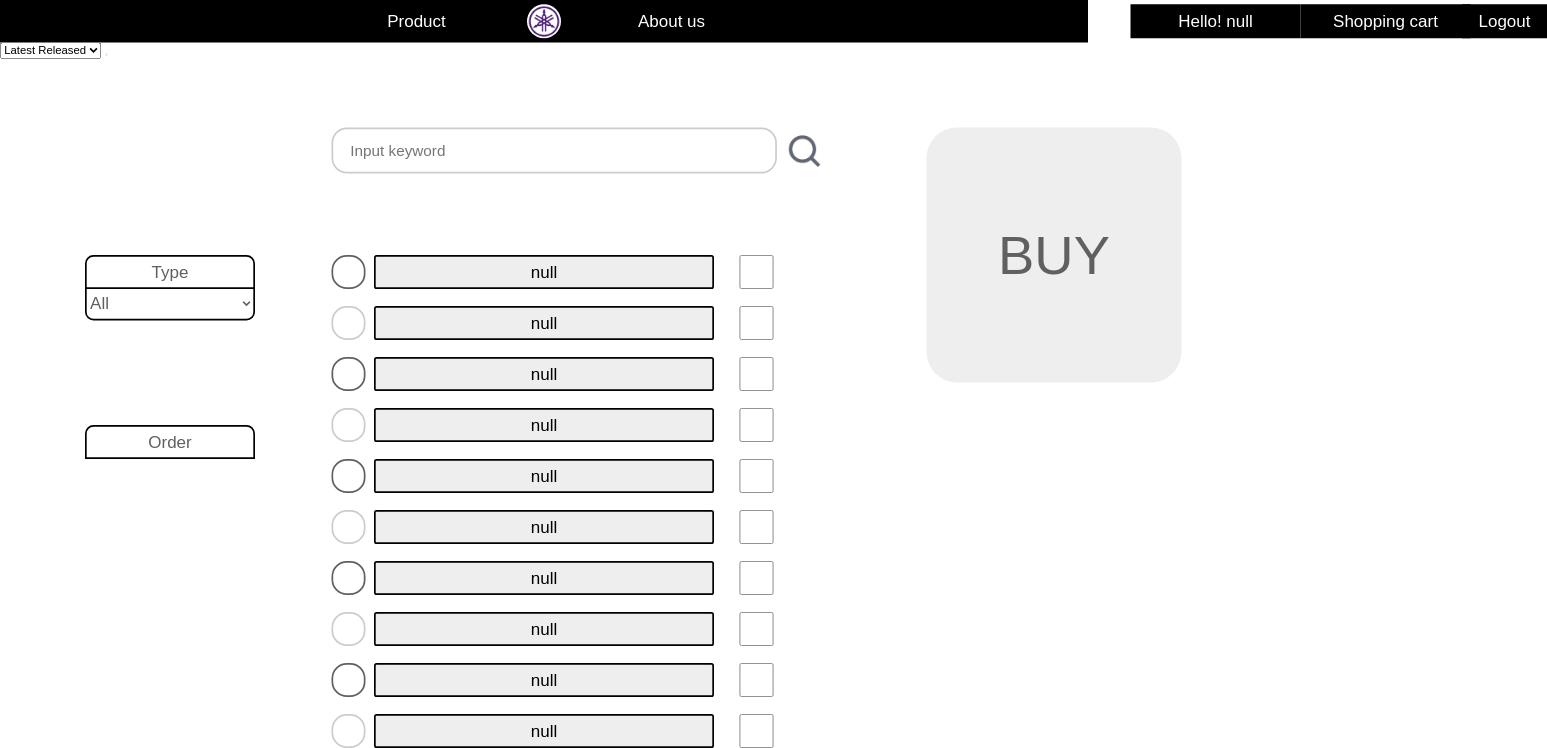
Repository: AXNTROYUANXD/E-Commerce-Website
Page: http://localhost/jspServlet/logedinproduct.jsp
An editor plug-in stored every save of this project. The page is shown before and after the next save, followed by the edit.
The browser window is 1280 px wide. The page is 1820 px wide, so the pictures cover 1820 px, including what lies to the right of the window. The pictures show the whole page, at 85% of full size.
The page is served by Tomcat 9. Other server files are loaded and not shown.

Above is the page before, as saved 2020-07-04 03:14:10.

### D&B2 BACKEND Oct 21 FINAL/BACKEND/jspServlet/WebRoot/logedinproduct.jsp
<!DOCTYPE html>
<html>
	<head>
		<meta charset="utf-8" />
		<title></title>
		<style type="text/css">
			*{
				padding: 0;
				margin: 0;
			}
			#head{
				height: 50px;
				background-color: black;
			}

			.button0{
				background: black;
				color: white;
				position: absolute;
				height: 40px;
				width: 100px;
				border: black;
				left: 50%;
				margin-left: -200px;
				top: 5px;
				font-size:20px
            }
			.button1{
				background: black;
				color: white;
				position: absolute;
				height: 40px;
				width: 100px;
				border: black;
				left: 50%;
				margin-left: 100px;
				top: 5px;
				font-size:20px
            }
			.button3{
				background: black;
				color: white;
				position: absolute;
				height: 40px;
				width: 100px;
				border: black;
				left: 1720px;
				top: 5px;
				font-size:20px
            }
			.button5{
				background: black;
				color: white;
				position: absolute;
				height: 40px;
				width: 200px;
				border: black;
				left: 1530px;
				top: 5px;
				font-size:20px
            }
			.button010{
				background: black;
				color: white;
				position: absolute;
				height: 40px;
				width: 200px;
				border: black;
				left: 1330px;
				top: 5px;
				font-size:20px
            }
			.logo{
				position: absolute;
				height: 40px;
				width: 40px;
				border: black;
				left: 50%;
				margin-left: -20px;
				top: 5px;
				background: #FFFFFF;
				background-image: url("logo.png");
        		background-size:40px 40px;
				border-radius: 20px;
            }

    .parent11 {
    position: relative;
}
    .search11 {
    width: 500px;
    height: 50px;
	top: 150px;
	left: 50%;
	margin-left: -250px;
    border-radius: 18px;
    outline: none;
    border: 2px solid #CCC;
    padding-left: 20px;
	position: absolute;
	font-size: 18px;
}
    .btn11 {
    height: 50px;
    width: 50px;
    top: 151px;
	left: 50%;
	margin-left: 280px;
	border-radius: 18px;
    border: none;
    outline: none;
    cursor: pointer;
	position: absolute;
	background-image: url("search.png");
	background-size:48px 48px;
	border-radius: 20px;
	}
			.button20{
				background: white;
				color: #606060;
				position: absolute;
				height: 40px;
				width: 200px;
				border: black;
				left: 100px;
				top: 500px;
				font-size:20px;
				border: 2px solid #000000;
				border-top-left-radius: 10px;
				border-top-right-radius: 10px;
			}
			.order{
				background: white;
				color: #606060;
				position: absolute;
				height: 40px;
				width: 200px;
				border: black;
				left: 100px;
				top: 537px;
				font-size:20px;
				border: 2px solid #000000;
				border-bottom-left-radius: 10px;
				border-bottom-right-radius: 10px;
            }
			.button23{
				background: white;
				color: #606060;
				position: absolute;
				height: 40px;
				width: 200px;
				border: black;
				left: 100px;
				top: 300px;
				font-size:20px;
				border: 2px solid #000000;
				border-top-left-radius: 10px;
				border-top-right-radius: 10px;
			}
			.type{
				background: white;
				color: #606060;
				position: absolute;
				height: 40px;
				width: 200px;
				border: black;
				left: 100px;
				top: 337px;
				font-size:20px;
				border: 2px solid #000000;
				border-bottom-left-radius: 10px;
				border-bottom-right-radius: 10px;
			}

			.buy{
				background: #EEEEEE;
				color:#606060;
				position: absolute;
				height: 300px;
				width: 300px;
				border: black;
				left: 50%;
				margin-left: 450px;
				top: 150px;
				font-size:64px;
				border-radius: 36px;
            }

			.label1{
				background: black;
				position: absolute;
				height: 40px;
				width: 200px;
				border: black;
				left: 50%;
				margin-left: 150px;
				top: 300px;
				font-size:20px;
				border: 2px solid #000000;
				border-radius: 3px;
			}
			.label2{
				background: black;
				position: absolute;
				height: 40px;
				width: 200px;
				border: black;
				left: 50%;
				margin-left: 150px;
				top: 360px;
				font-size:20px;
				border: 2px solid #000000;
				border-radius: 3px;
			}
			.label3{
				background: black;
				position: absolute;
				height: 40px;
				width: 200px;
				border: black;
				left: 50%;
				margin-left: 150px;
				top: 420px;
				font-size:20px;
				border: 2px solid #000000;
				border-radius: 3px;
			}
			.label4{
				background: black;
				position: absolute;
				height: 40px;
				width: 200px;
				border: black;
				left: 50%;
				margin-left: 150px;
				top: 480px;
				font-size:20px;
				border: 2px solid #000000;
				border-radius: 3px;
			}
			.label5{
				background: black;
				position: absolute;
				height: 40px;
				width: 200px;
				border: black;
				left: 50%;
				margin-left: 150px;
				top: 540px;
				font-size:20px;
				border: 2px solid #000000;
				border-radius: 3px;
			}
			.label6{
				background: black;
				position: absolute;
				height: 40px;
				width: 200px;
				border: black;
				left: 50%;
				margin-left: 150px;
				top: 600px;
				font-size:20px;
				border: 2px solid #000000;
				border-radius: 3px;
			}
			.label7{
				background: black;
				position: absolute;
				height: 40px;
				width: 200px;
				border: black;
				left: 50%;
				margin-left: 150px;
				top: 660px;
				font-size:20px;
				border: 2px solid #000000;
				border-radius: 3px;
			}
			.label8{
				background: black;
				position: absolute;
				height: 40px;
				width: 200px;
				border: black;
				left: 50%;
				margin-left: 150px;
				top: 720px;
				font-size:20px;
				border: 2px solid #000000;
				border-radius: 3px;
			}
			.label9{
				background: black;
				position: absolute;
				height: 40px;
				width: 200px;
				border: black;
				left: 50%;
				margin-left: 150px;
				top: 780px;
				font-size:20px;
				border: 2px solid #000000;
				border-radius: 3px;
			}
			.label10{
				background: #EEEEEE;
				position: absolute;
				height: 40px;
				width: 200px;
				border: black;
				left: 50%;
				margin-left: 150px;
				top: 840px;
				font-size:20px;
				border: 2px solid #000000;
				border-radius: 3px;
			}
			.product_name1{
				background: #EEEEEE;
				position: absolute;
				height: 40px;
				width: 400px;
				border: black;
				left: 50%;
				margin-left: -200px;
				top: 300px;
				font-size:20px;
				border: 2px solid #000000;
				border-radius: 3px;
			}
			.product_name2{
				background: #EEEEEE;
				position: absolute;
				height: 40px;
				width: 400px;
				border: black;
				left: 50%;
				margin-left: -200px;
				top: 360px;
				font-size:20px;
				border: 2px solid #000000;
				border-radius: 3px;
			}
			.product_name3{
				background: #EEEEEE;
				position: absolute;
				height: 40px;
				width: 400px;
				border: black;
				left: 50%;
				margin-left: -200px;
				top: 420px;
				font-size:20px;
				border: 2px solid #000000;
				border-radius: 3px;
			}
			.product_name4{
				background: #EEEEEE;
				position: absolute;
				height: 40px;
				width: 400px;
				border: black;
				left: 50%;
				margin-left: -200px;
				top: 480px;
				font-size:20px;
				border: 2px solid #000000;
				border-radius: 3px;
			}
			.product_name5{
				background: #EEEEEE;
				position: absolute;
				height: 40px;
				width: 400px;
				border: black;
				left: 50%;
				margin-left: -200px;
				top: 540px;
				font-size:20px;
				border: 2px solid #000000;
				border-radius: 3px;
			}
			.product_name6{
				background: #EEEEEE;
				position: absolute;
				height: 40px;
				width: 400px;
				border: black;
				left: 50%;
				margin-left: -200px;
				top: 600px;
				font-size:20px;
				border: 2px solid #000000;
				border-radius: 3px;
			}
			.product_name7{
				background: #EEEEEE;
				position: absolute;
				height: 40px;
				width: 400px;
				border: black;
				left: 50%;
				margin-left: -200px;
				top: 660px;
				font-size:20px;
				border: 2px solid #000000;
				border-radius: 3px;
			}
			.product_name8{
				background: #EEEEEE;
				position: absolute;
				height: 40px;
				width: 400px;
				border: black;
				left: 50%;
				margin-left: -200px;
				top: 720px;
				font-size:20px;
				border: 2px solid #000000;
				border-radius: 3px;
			}
			.product_name9{
				background: #EEEEEE;
				position: absolute;
				height: 40px;
				width: 400px;
				border: black;
				left: 50%;
				margin-left: -200px;
				top: 780px;
				font-size:20px;
				border: 2px solid #000000;
				border-radius: 3px;
			}
			.product_name10{
				background: #EEEEEE;
				position: absolute;
				height: 40px;
				width: 400px;
				border: black;
				left: 50%;
				margin-left: -200px;
				top: 840px;
				font-size:20px;
				border: 2px solid #000000;
				border-radius: 3px;
			}
			.detail1{
				background: #FFFFFF;
				position: absolute;
				height: 40px;
				width: 40px;
				border: black;
				left: 50%;
				margin-left: -250px;
				top: 300px;
				font-size:20px;
				border: 2px solid #606060;
				border-radius: 18px;
			}
			.detail2{
				background:#FFFFFF;
				position: absolute;
				height: 40px;
				width: 40px;
				border: black;
				left: 50%;
				margin-left: -250px;
				top: 360px;
				font-size:20px;
				border: 2px solid #CCCCCC;
				border-radius: 18px;
			}
			.detail3{
				background: #FFFFFF;
				position: absolute;
				height: 40px;
				width: 40px;
				border: black;
				left: 50%;
				margin-left: -250px;
				top: 420px;
				font-size:20px;
				border: 2px solid #606060;
				border-radius: 18px;
			}
			.detail4{
				background:#FFFFFF;
				position: absolute;
				height: 40px;
				width: 40px;
				border: black;
				left: 50%;
				margin-left: -250px;
				top: 480px;
				font-size:20px;
				border: 2px solid #CCCCCC;
				border-radius: 18px;
			}
			.detail5{
				background: #FFFFFF;
				position: absolute;
				height: 40px;
				width: 40px;
				border: black;
				left: 50%;
				margin-left: -250px;
				top: 540px;
				font-size:20px;
				border: 2px solid #606060;
				border-radius: 18px;
			}
			.detail6{
				background:#FFFFFF;
				position: absolute;
				height: 40px;
				width: 40px;
				border: black;
				left: 50%;
				margin-left: -250px;
				top: 600px;
				font-size:20px;
				border: 2px solid #CCCCCC;
				border-radius: 18px;
			}
			.detail7{
				background: #FFFFFF;
				position: absolute;
				height: 40px;
				width: 40px;
				border: black;
				left: 50%;
				margin-left: -250px;
				top: 660px;
				font-size:20px;
				border: 2px solid #606060;
				border-radius: 18px;
			}
			.detail8{
				background:#FFFFFF;
				position: absolute;
				height: 40px;
				width: 40px;
				border: black;
				left: 50%;
				margin-left: -250px;
				top: 720px;
				font-size:20px;
				border: 2px solid #CCCCCC;
				border-radius: 18px;
			}
			.detail9{
				background: #FFFFFF;
				position: absolute;
				height: 40px;
				width: 40px;
				border: black;
				left: 50%;
				margin-left: -250px;
				top: 780px;
				font-size:20px;
				border: 2px solid #606060;
				border-radius: 18px;
			}
			.detail10{
				background:#FFFFFF;
				position: absolute;
				height: 40px;
				width: 40px;
				border: black;
				left: 50%;
				margin-left: -250px;
				top: 840px;
				font-size:20px;
				border: 2px solid #CCCCCC;
				border-radius: 18px;
			}

		</style>
	</head>
<body>




<header id="head">

	<a href="product.jsp">
    <button class="button0">Product</button>
	</a>
	<a href="aboutus.jsp">
	<button class="button1">About us</button>
	</a>
    <a href="homepage.jsp">
	<button class="button3">Logout</button>
	</a>
	<a href="shoppingcart.jsp">
	<button class="button5">Shopping cart</button>
	</a>
	<a href="homepage.jsp">
	<button class="logo"></button>
	</a>

    <% String username = (String)session.getAttribute("username"); %>
	<button class="button010">Hello! <%= username %></button>
		</header>

	    <form method="post" action="./logedinproduct">
    <input type="text" class="search11" name="keyword" value="" placeholder="Input keyword">


	<select name="sortMode" class="Latest" value="Default Mode">
	<option><button name="sortMode" type="submit" value="Latest Released">Latest Released</button></option>
	<option><button name="sortMode" type="submit" value="Default Mode">Default Mode</button></option>
	</select>

	<select name="fliter" class="type" value="All">
	<option><button name="fliter" type="submit" value="All">All</button></option>
	<option><button name="fliter" type="submit" value="Classic">Classic</button></option>
	<option><button name="fliter" type="submit" value="Electronic">Electronic</button></option>
	</select>

	<button class="button011" name="username" value=<%= username %>></button>
	<input type="submit" class="btn11" value="">
	</form>
	<button class="button20">Order</button>
    <button class="button23">Type</button>


<form method="post">
  <p><input class="label1" type="checkbox" name="product" value="1" /></p>
  <p><input class="label2" type="checkbox" name="product" value="2" /></p>
  <p><input class="label3" type="checkbox" name="product" value="3" /></p>
  <p><input class="label4" type="checkbox" name="product" value="4" /></p>
  <p><input class="label5" type="checkbox" name="product" value="5" /></p>
  <p><input class="label6" type="checkbox" name="product" value="6" /></p>
  <p><input class="label7" type="checkbox" name="product" value="7" /></p>
  <p><input class="label8" type="checkbox" name="product" value="8" /></p>
  <p><input class="label9" type="checkbox" name="product" value="9" /></p>
  <p><input class="label10" type="checkbox" name="product" value="10" /></p>

  <input class="buy" type="submit" value="BUY" />
</form>

<form>
	<% String cname1 = (String)session.getAttribute("cname1"); %>
	<button class="product_name1"><%= cname1 %></button>

	<% String cname2 = (String)session.getAttribute("cname2"); %>
	<button class="product_name2"><%= cname2 %></button>

	<% String cname3 = (String)session.getAttribute("cname3"); %>
	<button class="product_name3"><%= cname3 %></button>

	<% String cname4 = (String)session.getAttribute("cname4"); %>
	<button class="product_name4"><%= cname4 %></button>

	<% String cname5 = (String)session.getAttribute("cname5"); %>
	<button class="product_name5"><%= cname5 %></button>

	<% String cname6 = (String)session.getAttribute("cname6"); %>
	<button class="product_name6"><%= cname6 %></button>

	<% String cname7 = (String)session.getAttribute("cname7"); %>
	<button class="product_name7"><%= cname7 %></button>

	<% String cname8 = (String)session.getAttribute("cname8"); %>
	<button class="product_name8"><%= cname8 %></button>
	<% String cname9 = (String)session.getAttribute("cname9"); %>
	<button class="product_name9"><%= cname9 %></button>

	<% String cname10 = (String)session.getAttribute("cname10"); %>
	<button class="product_name10"><%= cname10 %></button>

</form>

	<a href="loginproductdetail.jsp">
	<form method="post" action="./logedinproduct">
    <button name="detail" class="detail1" type = "sumbit" value="1" formtarget="_blank"></button>
	</form>
    </a>
	<form method="post" action="./logedinproduct">
	<a href="loginproductdetail.jsp">
    <button name="detail" class="detail2" type = "sumbit" value="2" ></button>
	</a>
	</form>
	<form method="post" action="./logedinproduct">
	<a href="loginproductdetail.jsp">
    <button name="detail" class="detail3" type = "sumbit" value="3" ></button>
	</a>
	</form>
	<form method="post" action="./logedinproduct">
	<a href="loginproductdetail.jsp">
    <button name="detail" class="detail4" type = "sumbit" value="4" ></button>
	</a>
	</form>
	<form method="post" action="./logedinproduct">
	<a href="loginproductdetail.jsp">
    <button name="detail" class="detail5" type = "sumbit" value="5" ></button>
	</a>
	</form>
	<form method="post" action="./logedinproduct">
	<a href="loginproductdetail.jsp">
    <button name="detail" class="detail6" type = "sumbit" value="6" ></button>
	</a>
	</form>
	<form method="post" action="./logedinproduct">
	<a href="loginproductdetail.jsp">
    <button name="detail" class="detail7" type = "sumbit" value="7" ></button>
	</a>
	</form>
	<form method="post" action="./logedinproduct">
	<a href="loginproductdetail.jsp">
    <button name="detail" class="detail8" type = "sumbit" value="8" ></button>
	</a>
	</form>
	<form method="post" action="./logedinproduct">
	<a href="loginproductdetail.jsp">
    <button name="detail" class="detail9" type = "sumbit" value="9" ></button>
	</a>
	</form>
	<form method="post" action="./logedinproduct">
	<a href="loginproductdetail.jsp">
    <button name="detail" class="detail10" type = "sumbit" value="10" ></button>
	</a>
	</form>


</body>
</html>

After the next save:
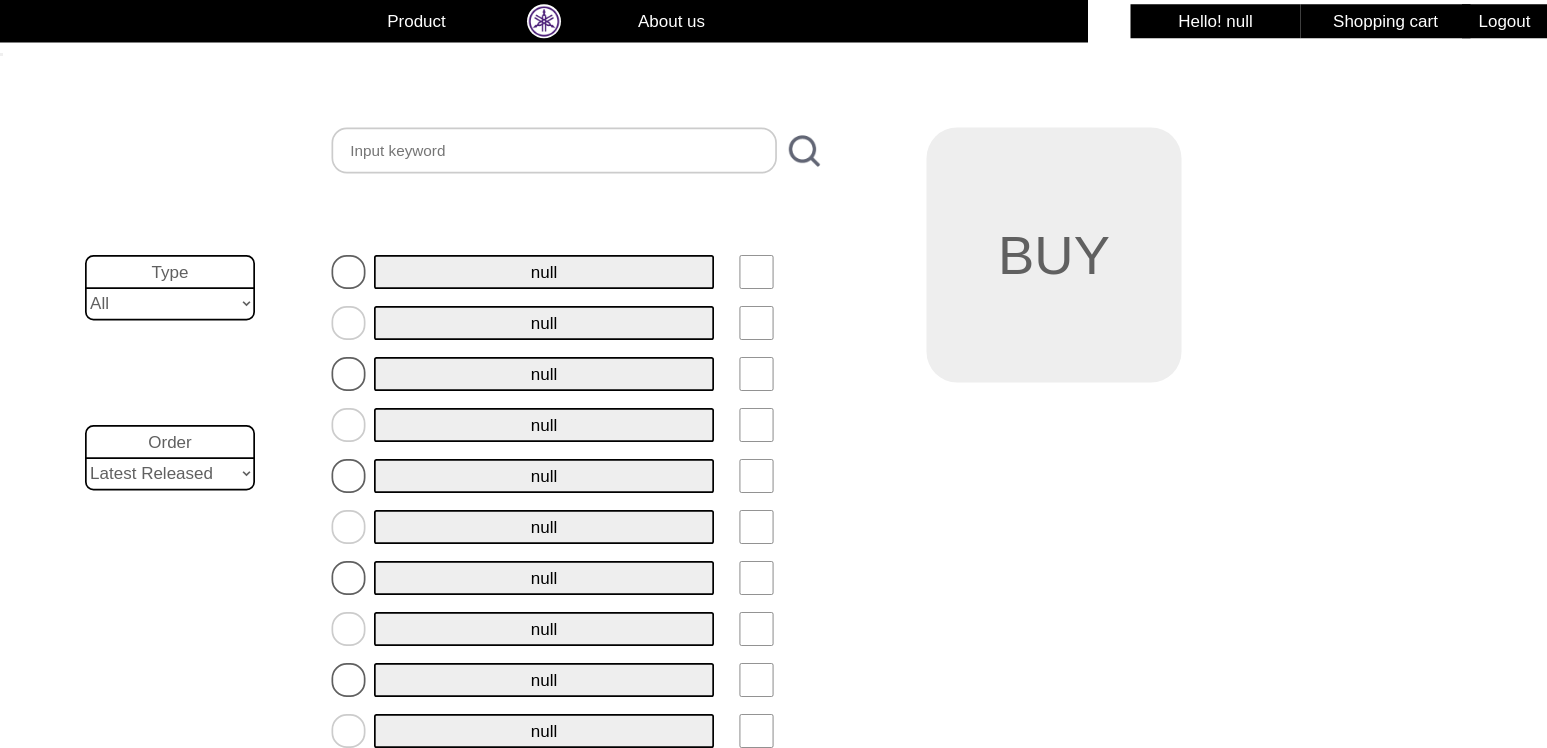
Saved 38 s later.
--- a/D&B2 BACKEND Oct 21 FINAL/BACKEND/jspServlet/WebRoot/logedinproduct.jsp
+++ b/D&B2 BACKEND Oct 21 FINAL/BACKEND/jspServlet/WebRoot/logedinproduct.jsp
@@ -610,7 +610,7 @@
     <input type="text" class="search11" name="keyword" value="" placeholder="Input keyword">
 
 
-	<select name="sortMode" class="Latest" value="Default Mode">
+	<select name="sortMode" class="order" value="Default Mode">
 	<option><button name="sortMode" type="submit" value="Latest Released">Latest Released</button></option>
 	<option><button name="sortMode" type="submit" value="Default Mode">Default Mode</button></option>
 	</select>
